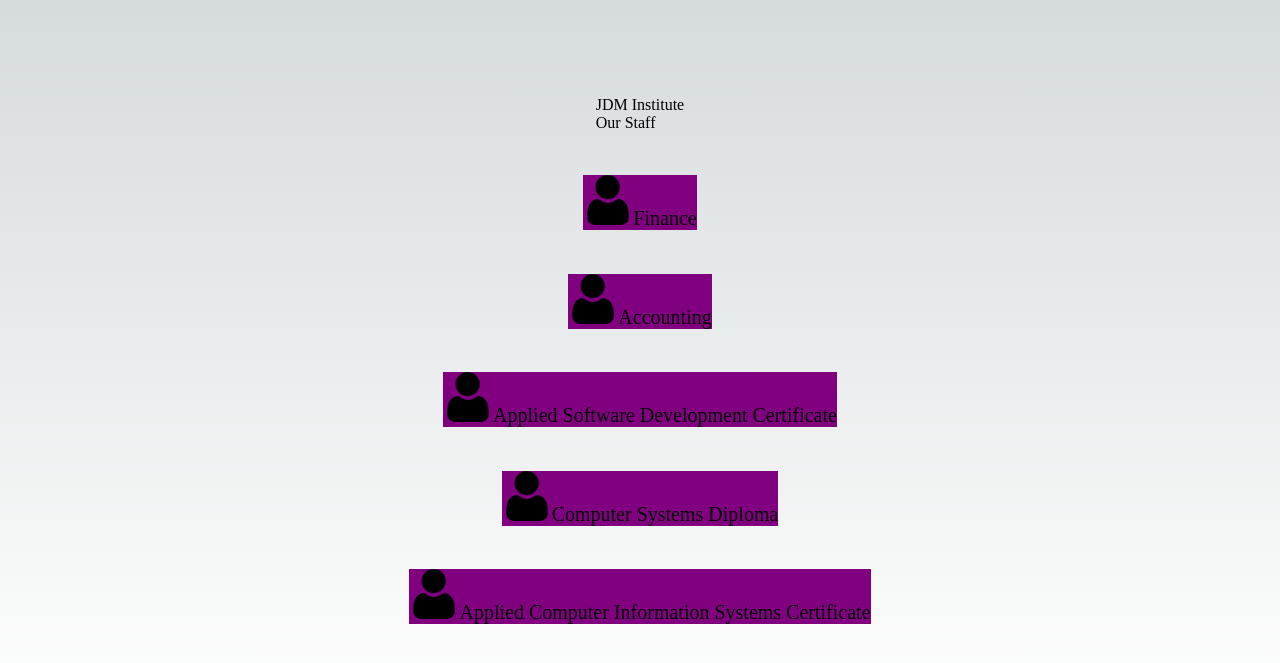
Repository: jennydmcm/class03practice
Page: /
The author's editor kept a copy of each file at every save. The page is drawn from the files as they stood at one save, then again after the next save.
The browser window is 1280 px wide. The pictures show the whole page.
The project was rebuilt for these pictures with package versions that can differ from the ones it lists, and the page was loaded fresh each time. The framework's server and built-in components were replaced by stand-ins that run in the browser. Also part of the build but not shown: next.config.js.

Above is the page before, as saved 2023-01-24 19:13:18.

### pages/index.js
import Head from 'next/head'
import Image from 'next/image'
import { Inter } from '@next/font/google'
import styles from '@/styles/Home.module.css'
import data from '../data/education.json'
import { useState } from 'react'
import Card from '@/components/Card/index'
import Link from 'next/link'

const inter = Inter({ subsets: ['latin'] })

export default function Home() {
  const [information, setInformation] = useState([...data])

  return (
    <>
      <Head>
        <title>JDM Institute</title>
        <meta name="description" content="Generated by create next app" />
        <meta name="viewport" content="width=device-width, initial-scale=1" />
        <link rel="icon" href="/favicon.ico" />
      </Head>
      <main className={styles.main}>
        <div class="nav-bar">
          <div class="nav-title">JDM Institute</div>
          <div class="nav-button">
            <Link className={styles.link} href="about">Our Staff</Link>
          </div>
        </div>
        {
          information && information.map((info, index) => {
            if(info.department.toLowerCase() === "business"){
              return (
                <Card
                  key={index}
                  degree={info.degree}
                  gpa={info.gpa}
                  colourCard="#BABD8D"
                  colourInfo="#31572C"
                  font="20px"
                  fontColour="#132A13"
                />
              )
            }
          })
        }

        {
          information && information.map((info, index) => {
            if(info.department.toLowerCase() === "computing"){
              return (
                <Card
                  key={index}
                  degree={info.degree}
                  gpa={info.gpa}
                  colourCard="#BABD8D"
                  colourInfo="#31572C"
                  font="20px"
                  fontColour="#132A13"
                />
              )
            }
          })
        }
      </main>
    </>
  )
      }

### styles/Home.module.css
.main {
  display: flex;
  flex-direction: column;
  justify-content: space-between;
  align-items: center;
  padding: 6rem;
  min-height: 100vh;
}


.nav-bar{
  display: flex;
  flex-direction: row;

}

.nav-title{

}

.nav-button{

}
.description {
  display: inherit;
  justify-content: inherit;
  align-items: inherit;
  font-size: 1rem;
  max-width: var(--max-width);
  width: 100%;
  z-index: 2;
  font-family: var(--font-mono);
}

.description a {
  display: flex;
  justify-content: center;
  align-items: center;
  gap: 1rem;
}

.description p {
  position: relative;
  margin: 0;
  padding: 1rem;
  background-color: rgba(var(--callout-rgb), 0.5);
  border: 1px solid rgba(var(--callout-border-rgb), 0.3);
  border-radius: var(--border-radius);
}

.code {
  font-weight: 700;
  font-family: var(--font-mono);
}

.grid {
  display: grid;
  grid-template-columns: repeat(4, minmax(25%, auto));
  width: var(--max-width);
  max-width: 100%;
}

.card {
  padding: 1rem 1.2rem;
  border-radius: var(--border-radius);
  background: rgba(var(--card-rgb), 0);
  border: 1px solid rgba(var(--card-border-rgb), 0);
  transition: background 200ms, border 200ms;
}

.card span {
  display: inline-block;
  transition: transform 200ms;
}

.card h2 {
  font-weight: 600;
  margin-bottom: 0.7rem;
}

.card p {
  margin: 0;
  opacity: 0.6;
  font-size: 0.9rem;
  line-height: 1.5;
  max-width: 30ch;
}

.center {
  display: flex;
  justify-content: center;
  align-items: center;
  position: relative;
  padding: 4rem 0;
}

.center::before {
  background: var(--secondary-glow);
  border-radius: 50%;
  width: 480px;
  height: 360px;
  margin-left: -400px;
}

.center::after {
  background: var(--primary-glow);
  width: 240px;
  height: 180px;
  z-index: -1;
}

.center::before,
.center::after {
  content: '';
  left: 50%;
  position: absolute;
  filter: blur(45px);
  transform: translateZ(0);
}

.logo,
.thirteen {
  position: relative;
}

.thirteen {
  display: flex;
  justify-content: center;
  align-items: center;
  width: 75px;
  height: 75px;
  padding: 25px 10px;
  margin-left: 16px;
  transform: translateZ(0);
  border-radius: var(--border-radius);
  overflow: hidden;
  box-shadow: 0px 2px 8px -1px #0000001a;
}

.thirteen::before,
.thirteen::after {
  content: '';
  position: absolute;
  z-index: -1;
}

/* Conic Gradient Animation */
.thirteen::before {
  animation: 6s rotate linear infinite;
  width: 200%;
  height: 200%;
  background: var(--tile-border);
}

/* Inner Square */
.thirteen::after {
  inset: 0;
  padding: 1px;
  border-radius: var(--border-radius);
  background: linear-gradient(
    to bottom right,
    rgba(var(--tile-start-rgb), 1),
    rgba(var(--tile-end-rgb), 1)
  );
  background-clip: content-box;
}

/* Enable hover only on non-touch devices */
@media (hover: hover) and (pointer: fine) {
  .card:hover {
    background: rgba(var(--card-rgb), 0.1);
    border: 1px solid rgba(var(--card-border-rgb), 0.15);
  }

  .card:hover span {
    transform: translateX(4px);
  }
}

@media (prefers-reduced-motion) {
  .thirteen::before {
    animation: none;
  }

  .card:hover span {
    transform: none;
  }
}

/* Mobile */
@media (max-width: 700px) {
  .content {
    padding: 4rem;
  }

  .grid {
    grid-template-columns: 1fr;
    margin-bottom: 120px;
    max-width: 320px;
    text-align: center;
  }

  .card {
    padding: 1rem 2.5rem;
  }

  .card h2 {
    margin-bottom: 0.5rem;
  }

  .center {
    padding: 8rem 0 6rem;
  }

  .center::before {
    transform: none;
    height: 300px;
  }

  .description {
    font-size: 0.8rem;
  }

  .description a {
    padding: 1rem;
  }

  .description p,
  .description div {
    display: flex;
    justify-content: center;
    position: fixed;
    width: 100%;
  }

  .description p {
    align-items: center;
    inset: 0 0 auto;
    padding: 2rem 1rem 1.4rem;
    border-radius: 0;
    border: none;
    border-bottom: 1px solid rgba(var(--callout-border-rgb), 0.25);
    background: linear-gradient(
      to bottom,
      rgba(var(--background-start-rgb), 1),
      rgba(var(--callout-rgb), 0.5)
    );
    background-clip: padding-box;
    backdrop-filter: blur(24px);
  }

  .description div {
    align-items: flex-end;
    pointer-events: none;
    inset: auto 0 0;
    padding: 2rem;
    height: 200px;
    background: linear-gradient(
      to bottom,
      transparent 0%,
      rgb(var(--background-end-rgb)) 40%
    );
    z-index: 1;
  }
}

/* Tablet and Smaller Desktop */
@media (min-width: 701px) and (max-width: 1120px) {
  .grid {
    grid-template-columns: repeat(2, 50%);
  }
}

@media (prefers-color-scheme: dark) {
  .vercelLogo {
    filter: invert(1);
  }

  .logo,
  .thirteen img {
    filter: invert(1) drop-shadow(0 0 0.3rem #ffffff70);
  }
}

@keyframes rotate {
  from {
    transform: rotate(360deg);
  }
  to {
    transform: rotate(0deg);
  }
}

### data/education.json
[
        {
            "studentNumber": "A0004567",
            "firstName": "Person 1",
            "gpa": 3.8,
            "department": "Business",
            "degree": "Finance",
            "graduted": 2014
        },
        {
            "studentNumber": "A0001234",
            "firstName": "Person 2",
            "gpa": 3.5,
            "department": "Business",
            "degree": "Accounting",
            "graduted": 2010
        },
        {
            "studentNumber": "A0007890",
            "firstName": "Person 3",
            "gpa": 3.2,
            "department": "Computing",
            "degree": "Applied Software Development Certificate",
            "graduted": 2018
        },
        {
            "studentNumber": "A0007828",
            "firstName": "Person 4",
            "gpa": 3.9,
            "department": "Computing",
            "degree": "Computer Systems Diploma",
            "graduted": 2021
        },
        {
            "studentNumber": "A0003425",
            "firstName": "Person 5",
            "gpa": 3.2,
            "department": "Computing",
            "degree": "Applied Computer Information Systems Certificate",
            "graduted": 2021
        }
]

### components/Card/index.js
export default function Card({
    degree="none",
    colour="purple",
    font="0",
    image="icon/personTwo.png"
}) {
    return(
        <div style={{backgroundColor: colour, fontSize:font}}>
            {
                colour === "red" ?    <img src={'icon/person.png'} width='50'/> :
                colour === "blue" ?   <img src={'icon/personThree.png'} width='50'/> :
                                    <img src={image} width='50'/>
            }
            {degree}
        </div>
    )
}

Loaded but not shown: pages/_app.js (common file); pages/_document.js (common file); styles/globals.css (common file)

After the next save:
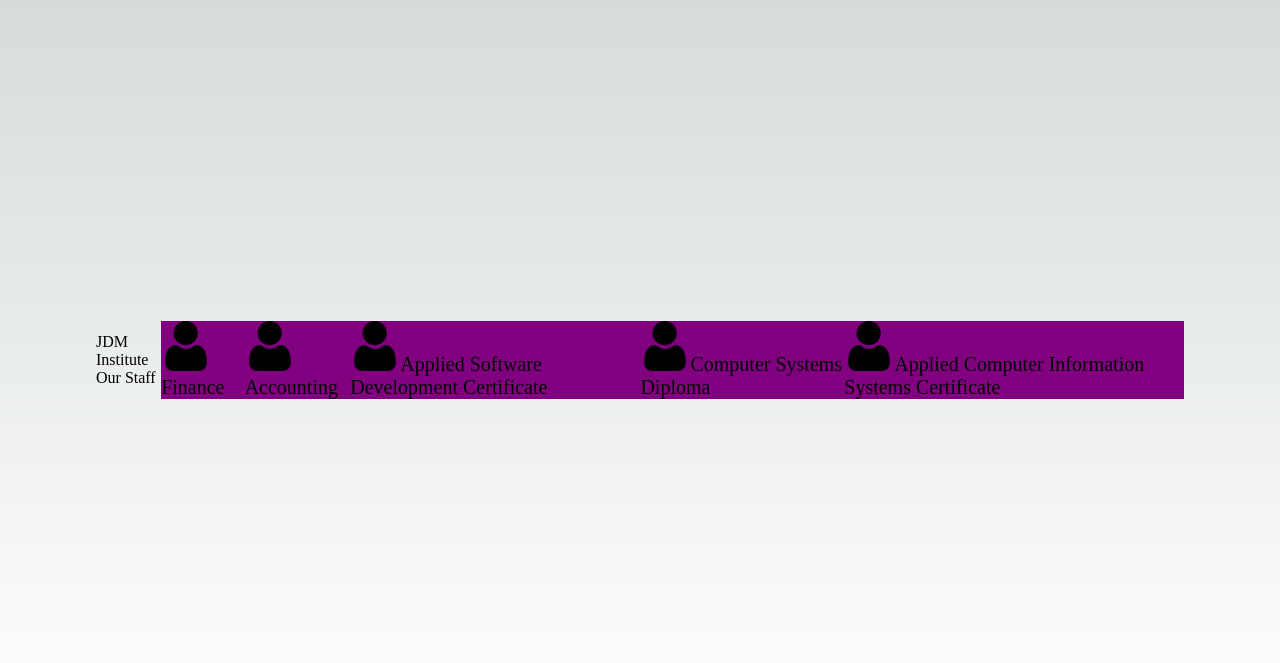
Saved 13 s later.
--- a/styles/Home.module.css
+++ b/styles/Home.module.css
@@ -1,6 +1,6 @@
 .main {
   display: flex;
-  flex-direction: column;
+
   justify-content: space-between;
   align-items: center;
   padding: 6rem;

After the save that followed:
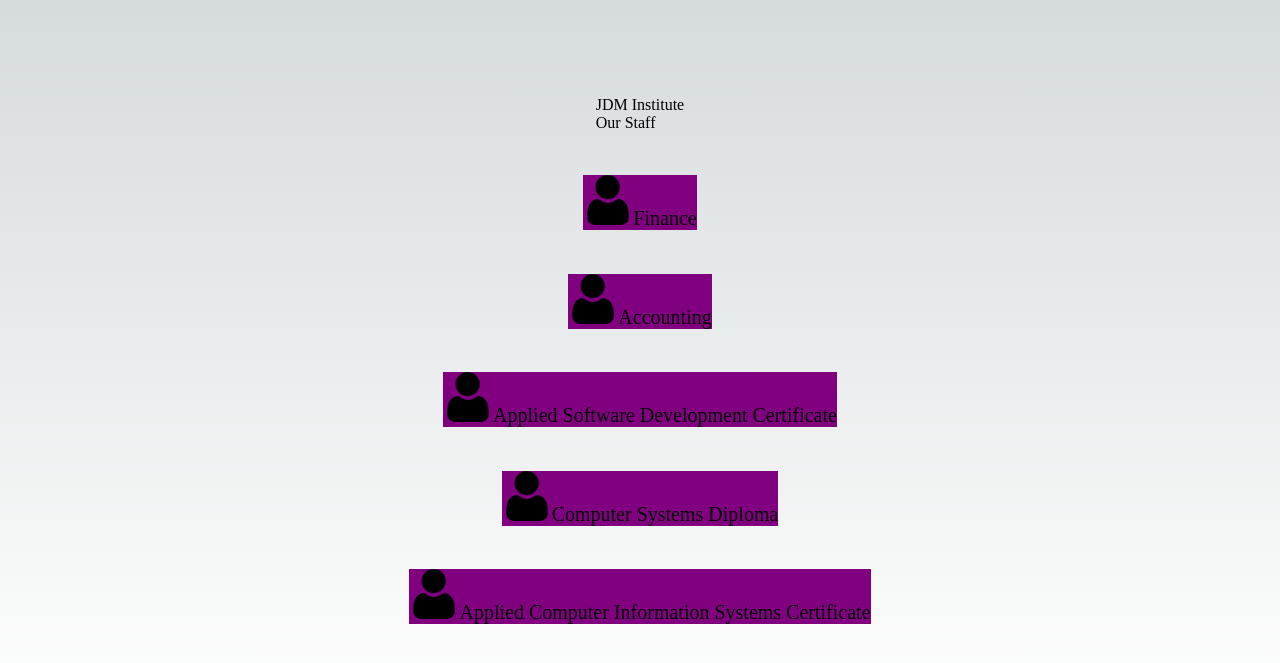
Saved 9 s later.
--- a/styles/Home.module.css
+++ b/styles/Home.module.css
@@ -1,6 +1,6 @@
 .main {
   display: flex;
-
+  flex-direction: column;
   justify-content: space-between;
   align-items: center;
   padding: 6rem;
